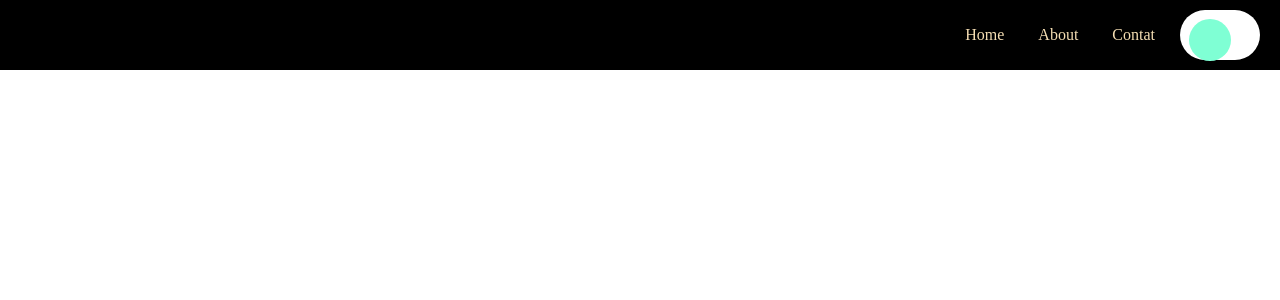
Repository: imokha01/toggleNavBar
Page: index.html
These files come from the project's save history. The page is drawn as it stood at one moment and after the next save; the edit follows.
The browser window is 1280 px wide. The pictures show the whole page.

Above is the page before, as saved 2023-12-26 22:36:43.

### index.html
<!DOCTYPE html>
<html lang="en">
<head>
    <meta charset="UTF-8">
    <meta name="viewport" content="width=device-width, initial-scale=1.0">
    <title>Toggle Nav Bar</title>
    <link rel="stylesheet" href="style.css">
</head>
<body>
    <header class="header">
        <div class="header__content">
            <nav class="header__content__navbar">
                <li class="header__content__navbar__list">
                    <a href="#" class="header__content__navbar__link">Home</a>
                </li>
                <li class="header__content__navbar__list">
                    <a href="#" class="header__content__navbar__link">About</a>
                </li>
                <li class="header__content__navbar__list">
                    <a href="#" class="header__content__navbar__link">Contat</a>
                </li>
            </nav>
            <input type="checkbox" class="checkbox toggle-triger">
        </div>

    </header>
</body>
</html>

### style.css
*{
    margin: 0;
    padding: 0;
    box-sizing: border-box;
}

.header {
    background: #000;
    /* height: 70px; */

}


.header__content__navbar__list {
    display: inline-block;
    list-style-type: none;
}

.header__content__navbar__link{
    color: wheat;
    text-decoration: none;
    padding: 15px;
}

.header__content {
    display: flex;
    justify-content: end;
    align-items: center;
    padding: 10px 20px;

    gap: 10px;
}

.checkbox {
    width: 80px;
    height:50px;
    border-radius: 60px;
    background-color: #fff;
    appearance: none;
    position: relative;
    outline: none;
    cursor: pointer;
    transition: .5s;
}

.checkbox::before {
    height: 60px;
    width: 60px;
    position: absolute;
    top: 0;
    left: 0;
    content: "";
    background-color: aquamarine;
    border-radius: 60px;
    transform: scale(0.7);
    transition: .5s;
}

.checkbox:checked{
    background-color: blue;
}

After the next save:
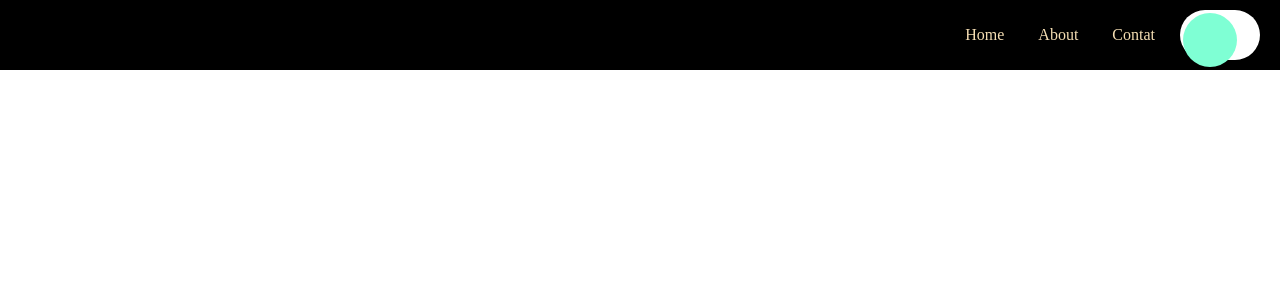
Saved 4 s later.
--- a/style.css
+++ b/style.css
@@ -52,7 +52,7 @@
     content: "";
     background-color: aquamarine;
     border-radius: 60px;
-    transform: scale(0.7);
+    transform: scale(0.9);
     transition: .5s;
 }
 
